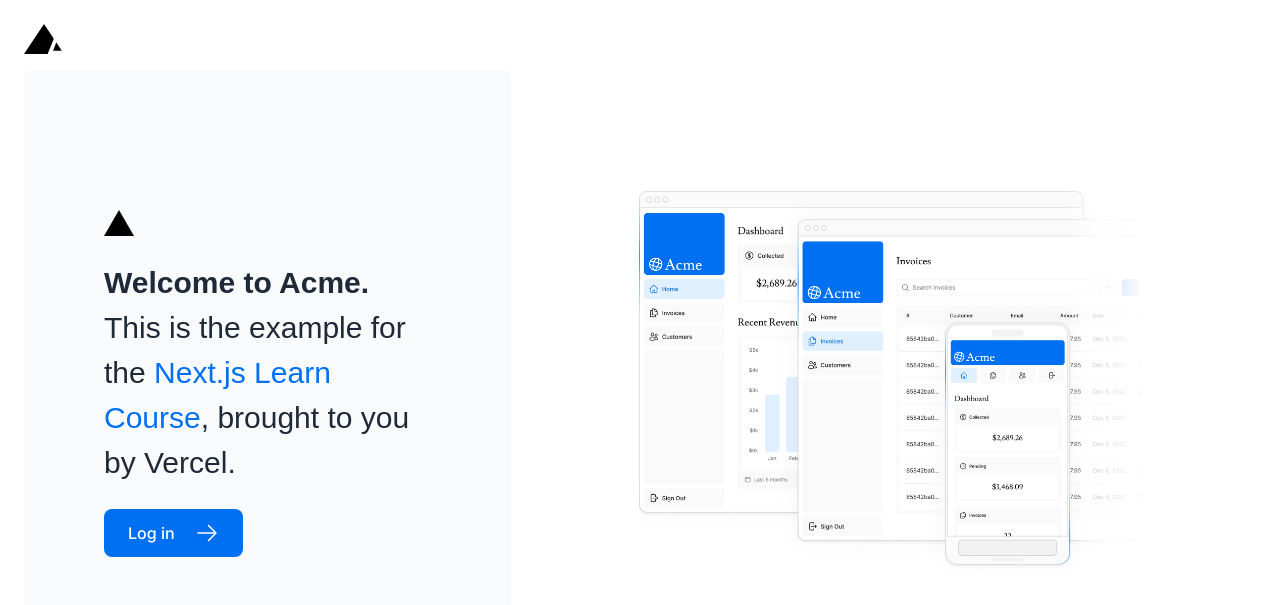
Repository: rlhardrock/NextJS
Page: /
These files come from the project's save history. The page is drawn as it stood at one moment and after the next save; the edit follows.
The browser window is 1280 px wide. The pictures show the whole page.
Some web fonts or font styles are not loaded; a fallback is used. The project was rebuilt for these pictures with package versions that can differ from the ones it lists, and the page was loaded fresh each time. The framework's server and built-in components were replaced by stand-ins that run in the browser. Also part of the build but not shown: next.config.ts.

Above is the page before, as saved 2024-12-15 20:23:05.

### app/page.tsx
import AcmeLogo from '@/app/ui/acme-logo';
import { ArrowRightIcon } from '@heroicons/react/24/outline';
import Link from 'next/link';
import styles from '@/app/ui/home.module.css';
import { lusitana } from './ui/fonts';
import Image from 'next/image';


export default function Page() {
  return (
    <main className="flex min-h-screen flex-col p-6">
      <div className={styles.shape}>
        {<AcmeLogo />}
      </div>
      <div className="mt-4 flex grow flex-col gap-4 md:flex-row">
        <div className="flex flex-col justify-center gap-6 rounded-lg bg-gray-50 px-6 py-10 md:w-2/5 md:px-20">
          <div className="relative w-0 h-0 border-l-[15px] border-r-[15px] border-b-[26px] border-l-transparent border-r-transparent border-b-black"/>
          <p className={`${lusitana.className} text-xl text-gray-800 md:text-3xl md:leading-normal`}>
            <strong>Welcome to Acme.</strong> This is the example for the{' '}
            <a href="https://nextjs.org/learn/" className="text-blue-500">
              Next.js Learn Course
            </a>
            , brought to you by Vercel.
          </p>
          <Link
            href="/login"
            className="flex items-center gap-5 self-start rounded-lg bg-blue-500 px-6 py-3 text-sm font-medium text-white transition-colors hover:bg-blue-400 md:text-base" >
            <span>Log in</span> <ArrowRightIcon className="w-5 md:w-6" />
          </Link>
        </div>
        <div className="flex items-center justify-center p-6 md:w-3/5 md:px-28 md:py-12">
          {/* Add Hero Images Here */}
          <Image
            src="/hero-desktop.png"
            width={1000}
            height={760}
            className="hidden md:block"
            alt="Screenshots of the dashboard project showing desktop version"
          />

        </div>
      </div>
    </main>
  );
}

### app/ui/fonts.ts
import { Inter, Lusitana } from 'next/font/google';

export const inter = Inter({ subsets: ['latin'] });

export const lusitana = Lusitana({
     weight: ['400', '700'],
     subsets: ['latin'],
});

Loaded but not shown: app/layout.tsx (common file); app/ui/global.css (common file); app/ui/acme-logo.tsx (common file); app/ui/home.module.css (common file); tailwind.config.ts (common file)

After the next save:
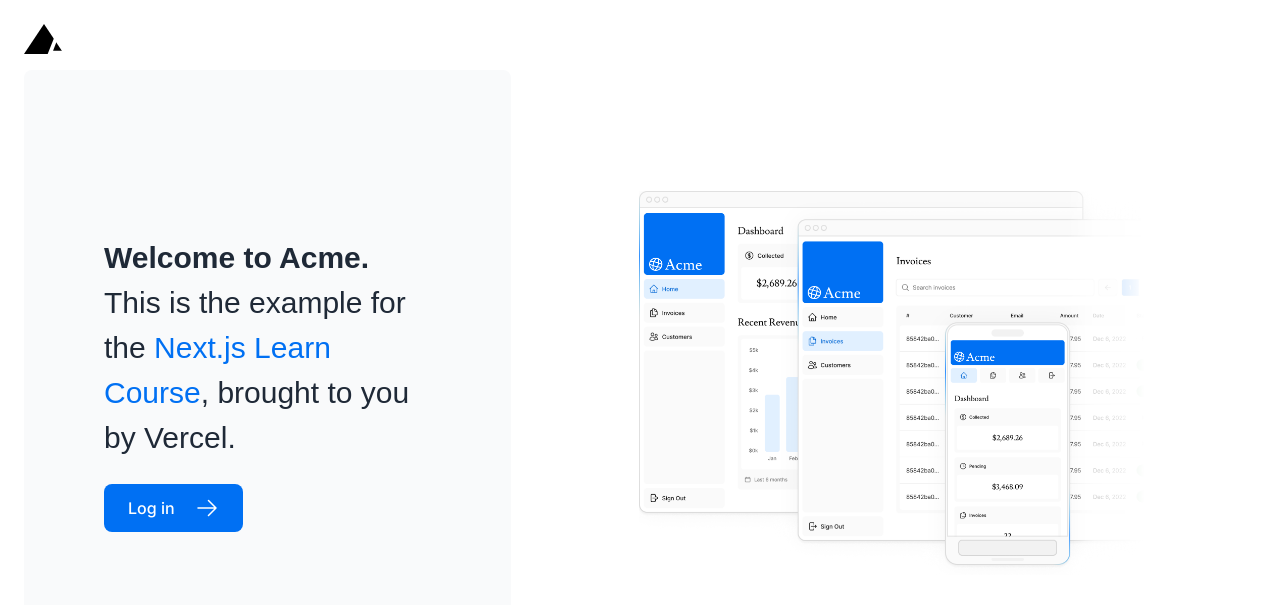
Saved 16 s later.
--- a/app/page.tsx
+++ b/app/page.tsx
@@ -14,7 +14,7 @@
       </div>
       <div className="mt-4 flex grow flex-col gap-4 md:flex-row">
         <div className="flex flex-col justify-center gap-6 rounded-lg bg-gray-50 px-6 py-10 md:w-2/5 md:px-20">
-          <div className="relative w-0 h-0 border-l-[15px] border-r-[15px] border-b-[26px] border-l-transparent border-r-transparent border-b-black"/>
+          {/* <div className="relative w-0 h-0 border-l-[15px] border-r-[15px] border-b-[26px] border-l-transparent border-r-transparent border-b-black"/> */}
           <p className={`${lusitana.className} text-xl text-gray-800 md:text-3xl md:leading-normal`}>
             <strong>Welcome to Acme.</strong> This is the example for the{' '}
             <a href="https://nextjs.org/learn/" className="text-blue-500">

After the save that followed:
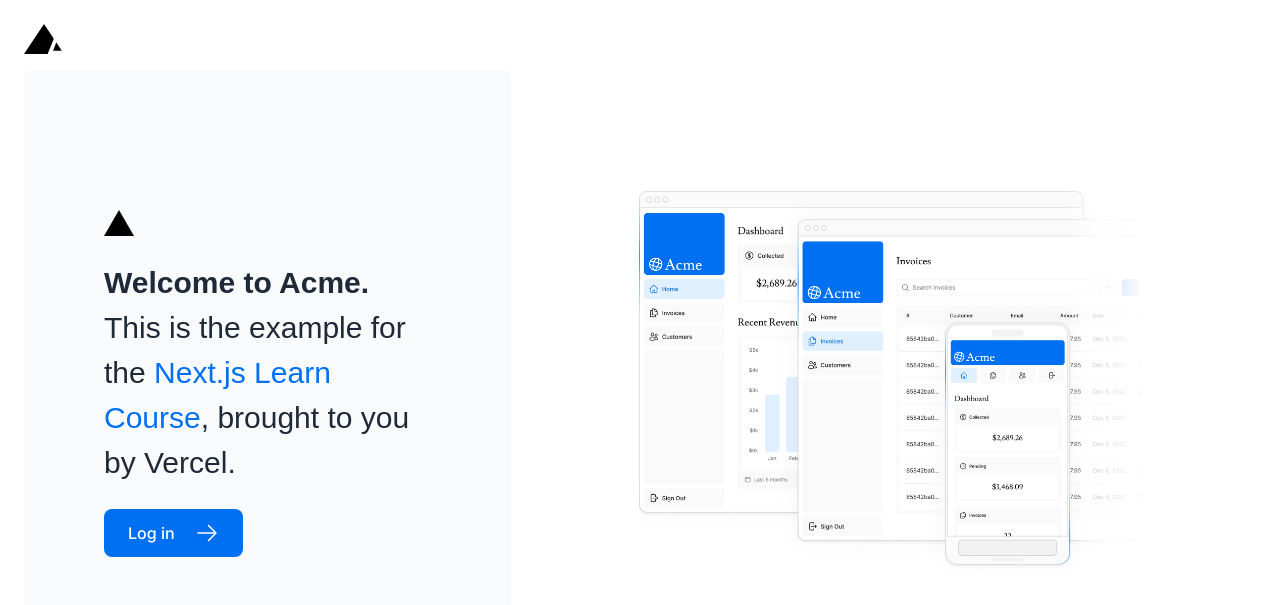
Saved 110 s later.
--- a/app/page.tsx
+++ b/app/page.tsx
@@ -14,7 +14,7 @@
       </div>
       <div className="mt-4 flex grow flex-col gap-4 md:flex-row">
         <div className="flex flex-col justify-center gap-6 rounded-lg bg-gray-50 px-6 py-10 md:w-2/5 md:px-20">
-          {/* <div className="relative w-0 h-0 border-l-[15px] border-r-[15px] border-b-[26px] border-l-transparent border-r-transparent border-b-black"/> */}
+          <div className="relative w-0 h-0 border-l-[15px] border-r-[15px] border-b-[26px] border-l-transparent border-r-transparent border-b-black"/>
           <p className={`${lusitana.className} text-xl text-gray-800 md:text-3xl md:leading-normal`}>
             <strong>Welcome to Acme.</strong> This is the example for the{' '}
             <a href="https://nextjs.org/learn/" className="text-blue-500">
